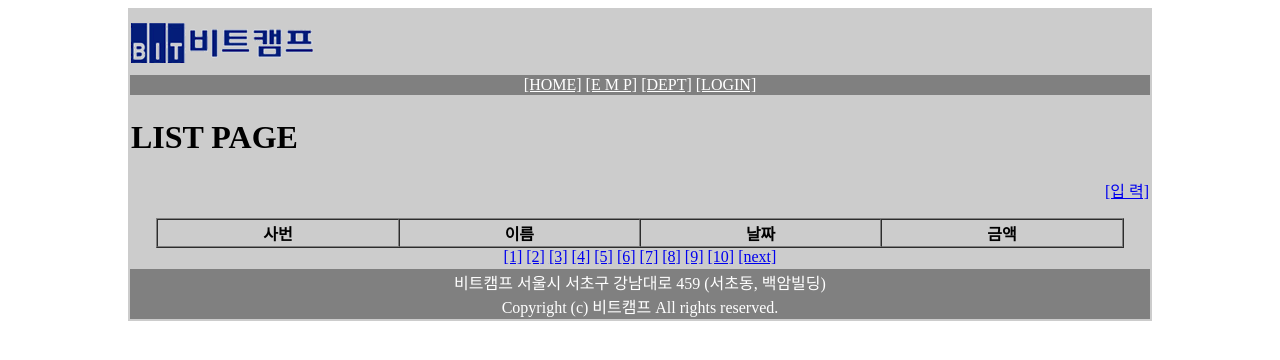
Repository: kwakjaeyeon/webWorkspace
Page: http://localhost/web05/emp/list.jsp?page=1
These files come from the project's save history. The page is drawn as it stood at one moment and after the next save; the edit follows.
The browser window is 1280 px wide. The pictures show the whole page.
The page is served by Tomcat 9. Queries for data that is not in the repository find no rows.

Above is the page before, as saved 2020-07-03 05:29:04.

After the next save:
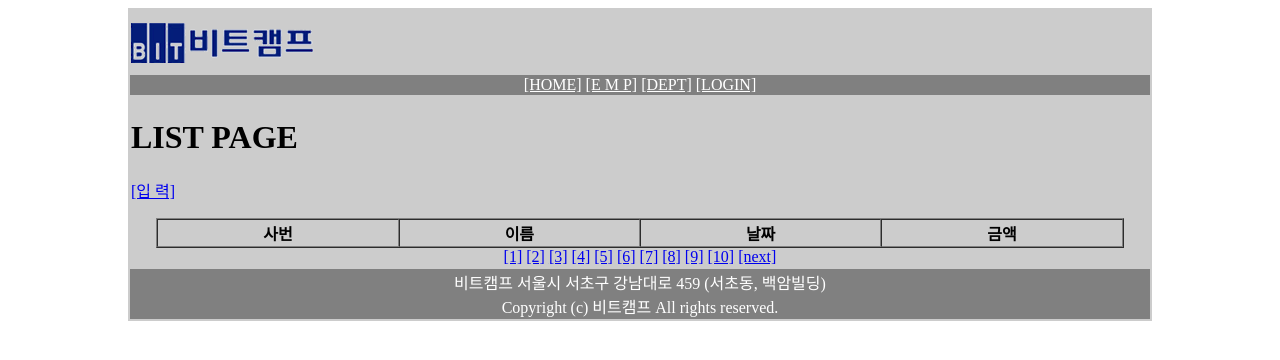
Saved 11 s later.
--- a/web05/WebContent/emp/list.jsp
+++ b/web05/WebContent/emp/list.jsp
@@ -10,7 +10,7 @@
 <%@ include file = "../template/header.jspf" %>
 <%@ include file = "../template/menu.jspf" %>
 	<h1>LIST PAGE</h1>
-	<p align = "right"><a href = "add.jsp">[입 력]</a></p>
+	<p align = "left"><a href = "add.jsp">[입 력]</a></p>
 	<table width = "95%" border = "1" cellspacing = "0" align = "center">
 		<tr>
 			<th>사번</th>
